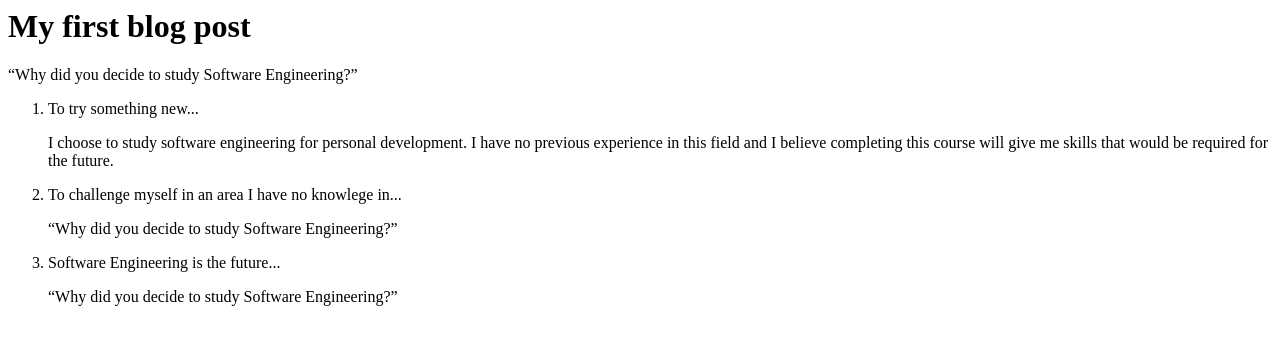
Repository: alicjasapieja/example-repository
Page: My-First-Blog-Post/blog_post.html
These files come from the project's save history. The page is drawn as it stood at one moment and after the next save; the edit follows.
The browser window is 1280 px wide. The pictures show the whole page.

Above is the page before, as saved 2022-05-11 13:05:38.

### My-First-Blog-Post/blog_post.html
<html lang="en">
<title>Alicja Sapieja's First Blog Post</title>
<h1>My first blog post</h1>
<p>“Why did you decide to study Software Engineering?”</p>
<ol>
    <li>To try something new...</li>
    <p>I choose to study software engineering for personal development. I have no previous experience in this field and I believe completing this course will give me skills that would be required for the future.</p>

    <li>To challenge myself in an area I have no knowlege in...</li>
    <p>“Why did you decide to study Software Engineering?”</p>

    <li>Software Engineering is the future...</li>
    <p>“Why did you decide to study Software Engineering?”</p>
    </ol>

After the next save:
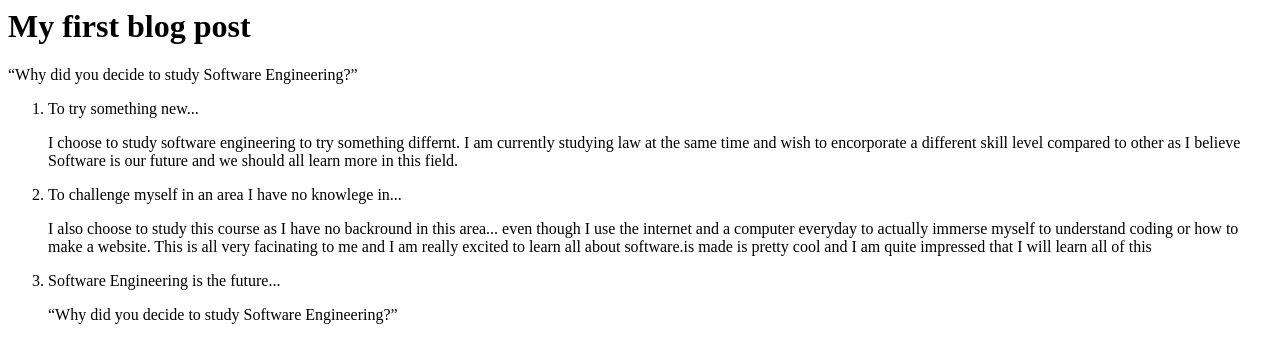
Saved 9 min 48 s later.
--- a/My-First-Blog-Post/blog_post.html
+++ b/My-First-Blog-Post/blog_post.html
@@ -4,10 +4,17 @@
 <p>“Why did you decide to study Software Engineering?”</p>
 <ol>
     <li>To try something new...</li>
-    <p>I choose to study software engineering for personal development. I have no previous experience in this field and I believe completing this course will give me skills that would be required for the future.</p>
+    <p>I choose to study software engineering to try something differnt.
+        I am currently studying law at the same time and wish to encorporate
+        a different skill level compared to other as I believe Software is our
+        future and we should all learn more in this field.</p>
 
     <li>To challenge myself in an area I have no knowlege in...</li>
-    <p>“Why did you decide to study Software Engineering?”</p>
+    <p>I also choose to study this course as I have no backround in this area...
+    even though I use the internet and a computer everyday to actually immerse myself
+    to understand coding or how to make a website. This is all very facinating to me
+    and I am really excited to learn all about software.is made is pretty cool and I
+    am quite impressed that I will learn all of this </p>
 
     <li>Software Engineering is the future...</li>
     <p>“Why did you decide to study Software Engineering?”</p>
